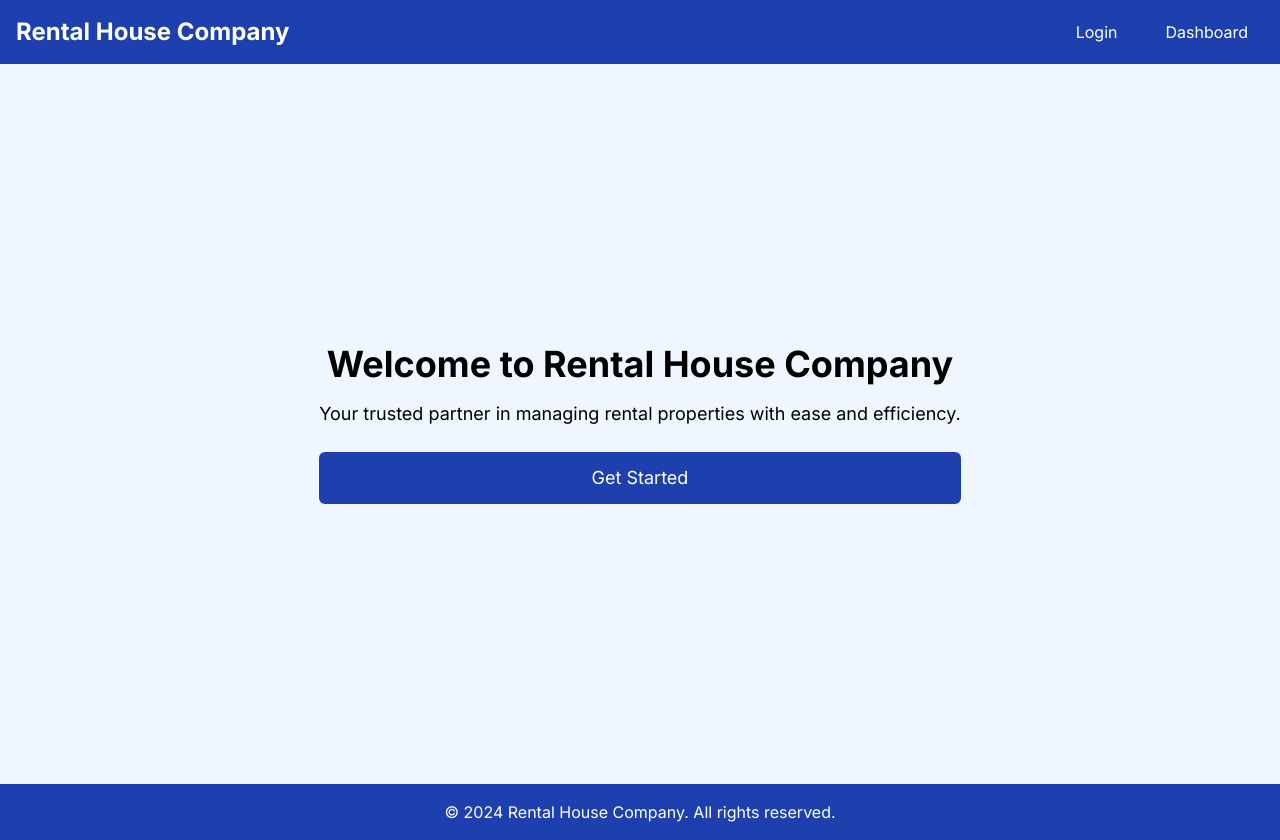
Repository: NassimeElkamari/Horizon-Housing
Page: /
An editor plug-in stored every save of this project. The page is shown before and after a run of saves, followed by the edit.
The browser window is 1280 px wide. The pictures show the whole page.
The project was rebuilt for these pictures with package versions that can differ from the ones it lists, and the page was loaded fresh each time. The framework's server and built-in components were replaced by stand-ins that run in the browser. Also part of the build but not shown: next.config.mjs.

Above is the page before, as saved 2024-08-28 21:06:59.

### src/app/page.tsx
import Link from 'next/link';

const HomePage = () => {
  return (
    <div className="min-h-screen bg-gray-100">
      <header className="bg-blue-800 text-white p-4">
        <div className="container mx-auto flex justify-between items-center">
          <h1 className="text-2xl font-bold">Rental House Company</h1>
          <nav>
            <ul className="flex space-x-4">
              <li>
                <Link href="/login">
                  <a className="hover:bg-blue-700 px-4 py-2 rounded-md">Login</a>
                </Link>
              </li>
              <li>
                <Link href="/dashboard">
                  <a className="hover:bg-blue-700 px-4 py-2 rounded-md">Dashboard</a>
                </Link>
              </li>
            </ul>
          </nav>
        </div>
      </header>

      <main className="flex flex-col items-center justify-center min-h-screen bg-blue-50">
        <div className="text-center p-6">
          <h2 className="text-4xl font-bold mb-4">Welcome to Rental House Company</h2>
          <p className="text-lg mb-6">Your trusted partner in managing rental properties with ease and efficiency.</p>
          <Link href="/dashboard">
            <p className="bg-blue-800 text-white px-6 py-3 rounded-md text-lg hover:bg-blue-700">Get Started</p>
          </Link>
        </div>
      </main>

      <footer className="bg-blue-800 text-white p-4">
        <div className="container mx-auto text-center">
          <p>&copy; {new Date().getFullYear()} Rental House Company. All rights reserved.</p>
        </div>
      </footer>
    </div>
  );
};

export default HomePage;

Loaded but not shown: src/app/layout.tsx (common file); src/app/globals.css (common file); tailwind.config.ts (common file)

After the next 3 saves:
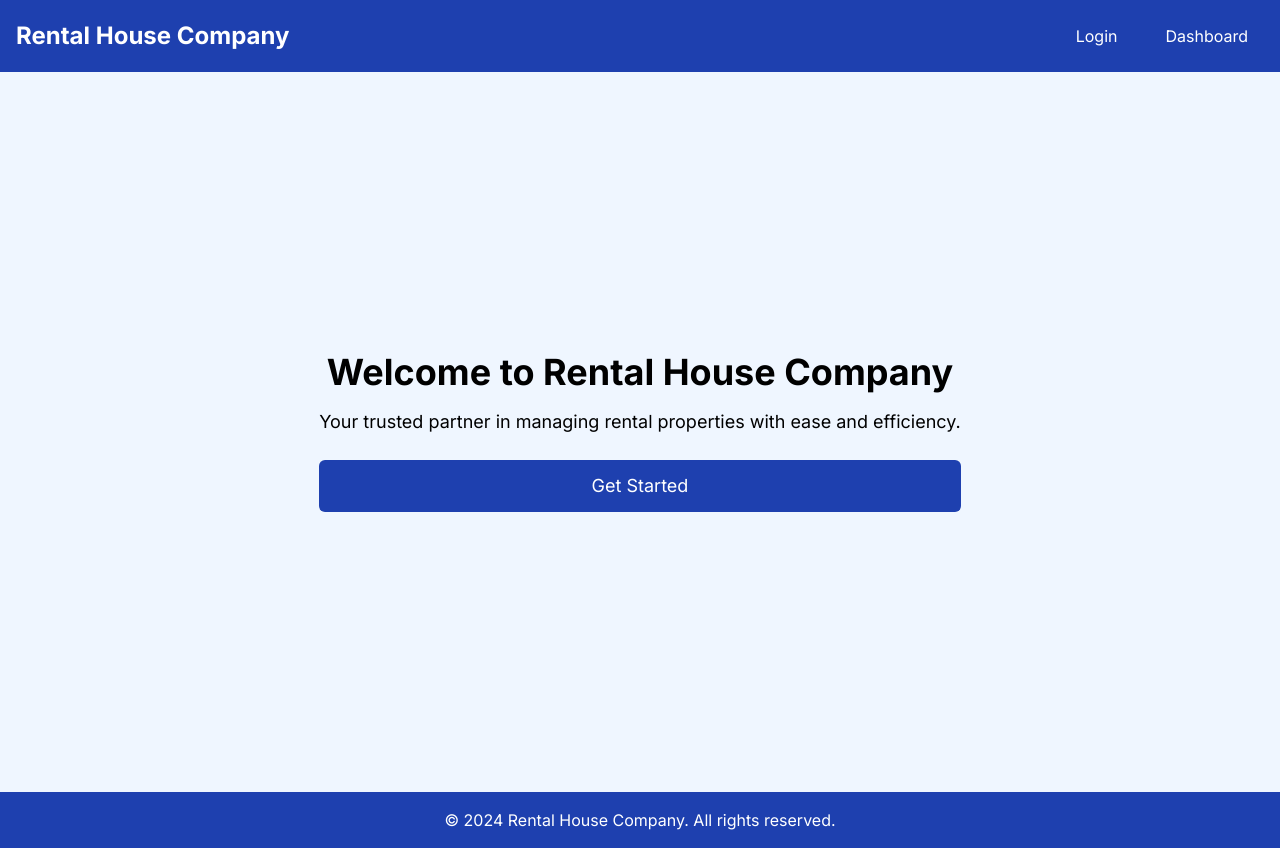
The 3 saves are shown as one change because they came seconds apart.
The last was saved 10 s later.
--- a/src/app/page.tsx
+++ b/src/app/page.tsx
@@ -10,12 +10,12 @@ const HomePage = () => {
             <ul className="flex space-x-4">
               <li>
                 <Link href="/login">
-                  <a className="hover:bg-blue-700 px-4 py-2 rounded-md">Login</a>
+                  <p className="hover:bg-blue-700 px-4 py-2 rounded-md">Login</p>
                 </Link>
               </li>
               <li>
                 <Link href="/dashboard">
-                  <a className="hover:bg-blue-700 px-4 py-2 rounded-md">Dashboard</a>
+                  <p className="hover:bg-blue-700 px-4 py-2 rounded-md">Dashboard</p>
                 </Link>
               </li>
             </ul>
